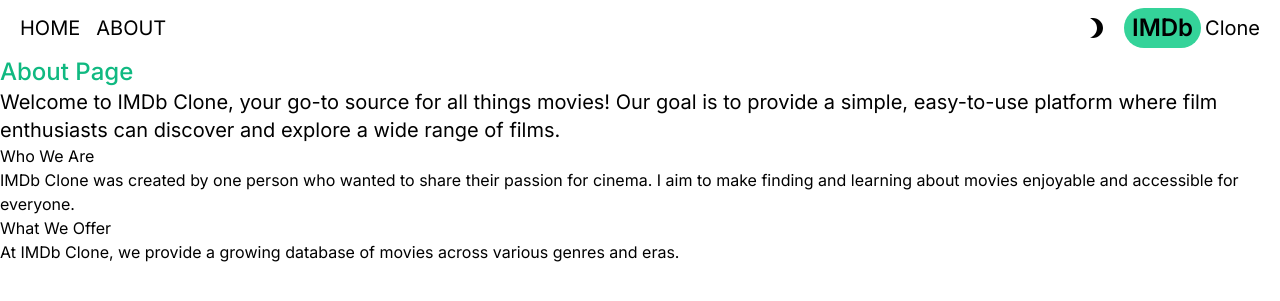
Repository: Tan28-art/Next-JS-Movie-Site
Page: /about (app in starter/)
The author's editor kept a copy of each file at every save. The page is drawn from the files as they stood at one save, then again after a run of saves.
The browser window is 1280 px wide. The pictures show the whole page.
The project was rebuilt for these pictures with package versions that can differ from the ones it lists, and the page was loaded fresh each time. The framework's server and built-in components were replaced by stand-ins that run in the browser. Also part of the build but not shown: starter/next.config.mjs.

Above is the page before, as saved 2024-07-23 17:54:49.

### starter/app/layout.tsx
import type { Metadata } from "next";
import { Inter } from "next/font/google";
import "./globals.css";
import Header from "@/components/Header";
import MenuItem from "@/components/MenuItem";
import Providers from "./Providers";


const inter = Inter({ subsets: ["latin"] });

export const metadata: Metadata = {
  title: "Movie App",
  description: "Movie Search App",
};

export default function RootLayout({
  children,
}: Readonly<{
  children: React.ReactNode;
}>) {
  return (
    <html lang="en">
      <body className={inter.className}>
        <Providers>
          <Header />
          {children}
        </Providers>
      </body>
    </html>
  );
}

### starter/app/about/page.tsx
import React from "react";

export default function page() {
  return (
    <div>
      <h1 className="text-2xl font-medium text-emerald-500">About Page</h1>
      <p className="text-xl">
        Welcome to IMDb Clone, your go-to source for all things movies! Our goal
        is to provide a simple, easy-to-use platform where film enthusiasts can
        discover and explore a wide range of films.
      </p>
      <p>Who We Are</p>
      <p>
        IMDb Clone was created by one person who wanted to share their passion
        for cinema. I aim to make finding and learning about movies enjoyable
        and accessible for everyone.
      </p>
      <p>What We Offer</p>
      <p>
        At IMDb Clone, we provide a growing database of movies across various
        genres and eras.
      </p>
    </div>
  );
}

### starter/components/Header.tsx
import React from "react";
import MenuItem from "./MenuItem";
import { TiHome } from "react-icons/ti";
import { TiInfoLarge } from "react-icons/ti";
import Link from "next/link";
import DarkModeSwitch from "./DarkModeSwitch";

export default function Header() {
  return (
    <div className="flex justify-between items-center p-2 px-5 mx-auto">
      <div className="flex gap-4">
        <MenuItem title="Home" Icon={TiHome} address="/" />
        <MenuItem title="About" Icon={TiInfoLarge} address="/about" />
      </div>

      {/* right side of header */}
      <div className="flex items-center gap-4">
        <div className="text-2xl">
          <DarkModeSwitch />
        </div>
        <Link href="/" className="flex gap-1 items-center">
          <span className="text-2xl font-semibold bg-emerald-400 py-1 px-2 rounded-3xl">
            IMDb
          </span>
          <span className="text-xl hidden sm:inline">Clone</span>
        </Link>
      </div>
    </div>
  );
}

### starter/app/Providers.tsx
"use client";
import React from "react";
import { ThemeProvider } from "next-themes";

export default function Providers({ children }: { children: React.ReactNode }) {
    return (
      <ThemeProvider defaultTheme="system" attribute="class">
        <div>{children}</div>
      </ThemeProvider>
    );
  }

### starter/components/MenuItem.tsx
import Link from 'next/link';
import React from 'react'

interface MenuItemProps {
    title: string;
    Icon: any;
    address: string;
  }


export default function MenuItem({ title, Icon, address }: MenuItemProps) {

  if (!address) {
    console.error(`MenuItem component expects a valid 'address' prop, but got '${address}'`);
    return null;
  }

  return (
    <Link href={address} className = 'hover:text-emerald-500'>
      <Icon className = 'text-3xl sm:hidden' />
      <p className = 'uppercase hidden sm:inline text-xl'>{title}</p>
    </Link>
  )
}

### starter/components/DarkModeSwitch.tsx
"use client";

import { MdBrightness3, MdBrightness5 } from "react-icons/md"; // dark mode icon
import { useTheme } from "next-themes";
import React, { useEffect } from "react";

// Wrapper component to add className and onClick support
const IconWithProps = ({ IconComponent, className, onClick }: { IconComponent: any; className: string; onClick?: () => void }) => {
  return <IconComponent className={className} onClick={onClick} />;
};

export default function DarkModeSwitch() {
  const { theme, setTheme, systemTheme } = useTheme();
  const currentTheme = theme === "system" ? systemTheme : theme;
  const [mounted, setMounted] = React.useState(false);
  useEffect(() => setMounted(true), []);

  const handleToggleTheme = () => {
    setTheme(currentTheme === "dark" ? "light" : "dark");
  };

  return (
    <div>
      {mounted && (currentTheme === "dark" ? (
        <IconWithProps IconComponent={MdBrightness5} className="cursor-pointer hover:text-emerald-500" onClick={handleToggleTheme} />
      ) : (
        <IconWithProps IconComponent={MdBrightness3} className="cursor-pointer hover:text-emerald-500" onClick={handleToggleTheme} />
      ))}
    </div>
  );
}

Loaded but not shown: starter/app/globals.css (common file); starter/tailwind.config.ts (common file)

After the next 2 saves:
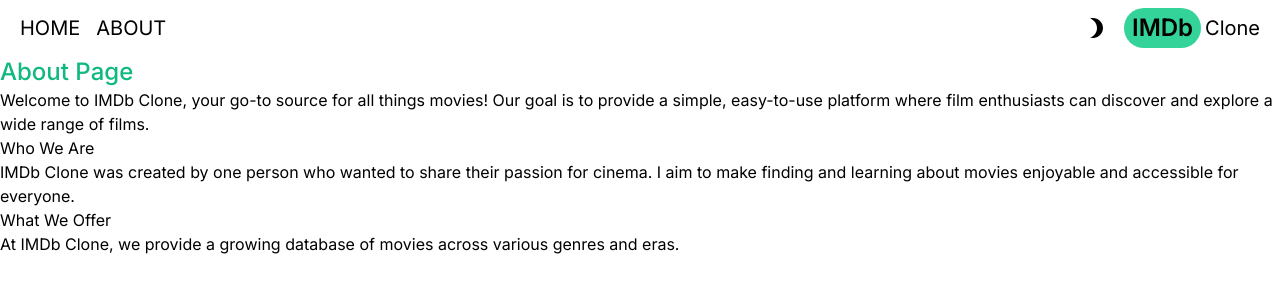
The 2 saves are shown as one change because they came seconds apart.
The last was saved 24 s later.
--- a/starter/app/about/page.tsx
+++ b/starter/app/about/page.tsx
@@ -4,7 +4,7 @@
   return (
     <div>
       <h1 className="text-2xl font-medium text-emerald-500">About Page</h1>
-      <p className="text-xl">
+      <p>
         Welcome to IMDb Clone, your go-to source for all things movies! Our goal
         is to provide a simple, easy-to-use platform where film enthusiasts can
         discover and explore a wide range of films.
